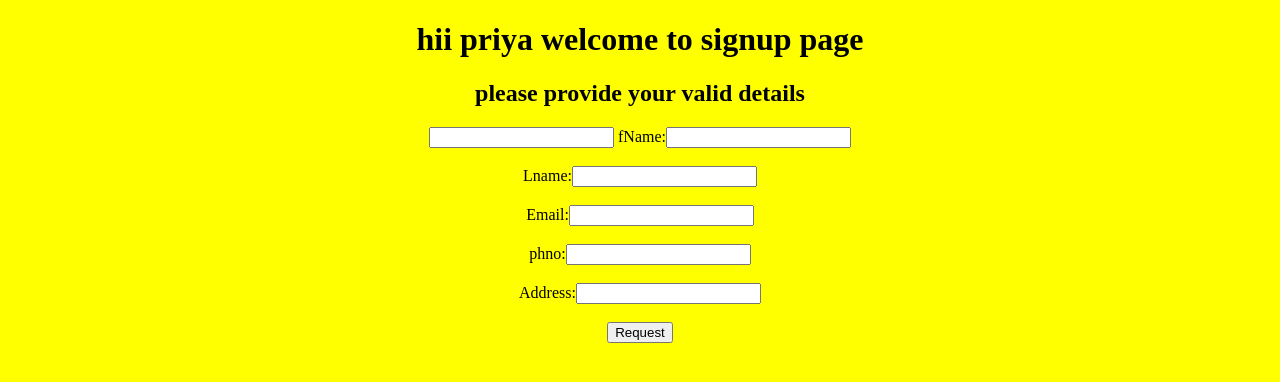
Repository: priyaadya/spring-practice-codes
Page: http://localhost/servletpractice/
These files come from the project's save history. The page is drawn as it stood at one moment and after the next save; the edit follows.
The browser window is 1280 px wide. The pictures show the whole page.
The page is served by Tomcat 9.

Above is the page before, as saved 2023-05-28 16:55:40.

After the next save:
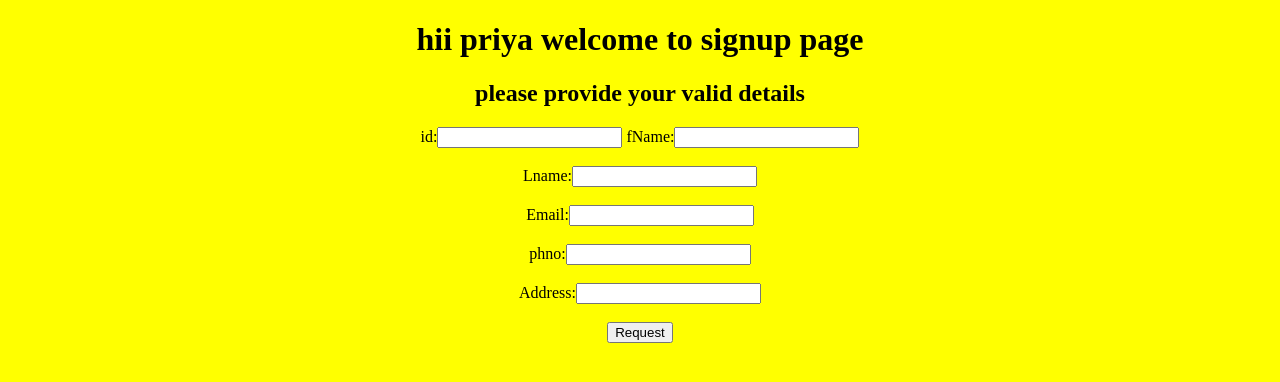
Saved 34 s later.
--- a/servletpractice/src/main/webapp/index.jsp
+++ b/servletpractice/src/main/webapp/index.jsp
@@ -10,7 +10,7 @@
 <h1>hii priya welcome to signup page</h1>
 <h2>please provide your valid details</h2>
 <form action="fs" method="post">
-<input type="text" name="id">
+id:<input type="text" name="id">
 fName:<input type="text" name="fnm"><br><br>
 Lname:<input type="text" name="lnm"><br><br>
 Email:<input type="text" name="em"></br><br>
